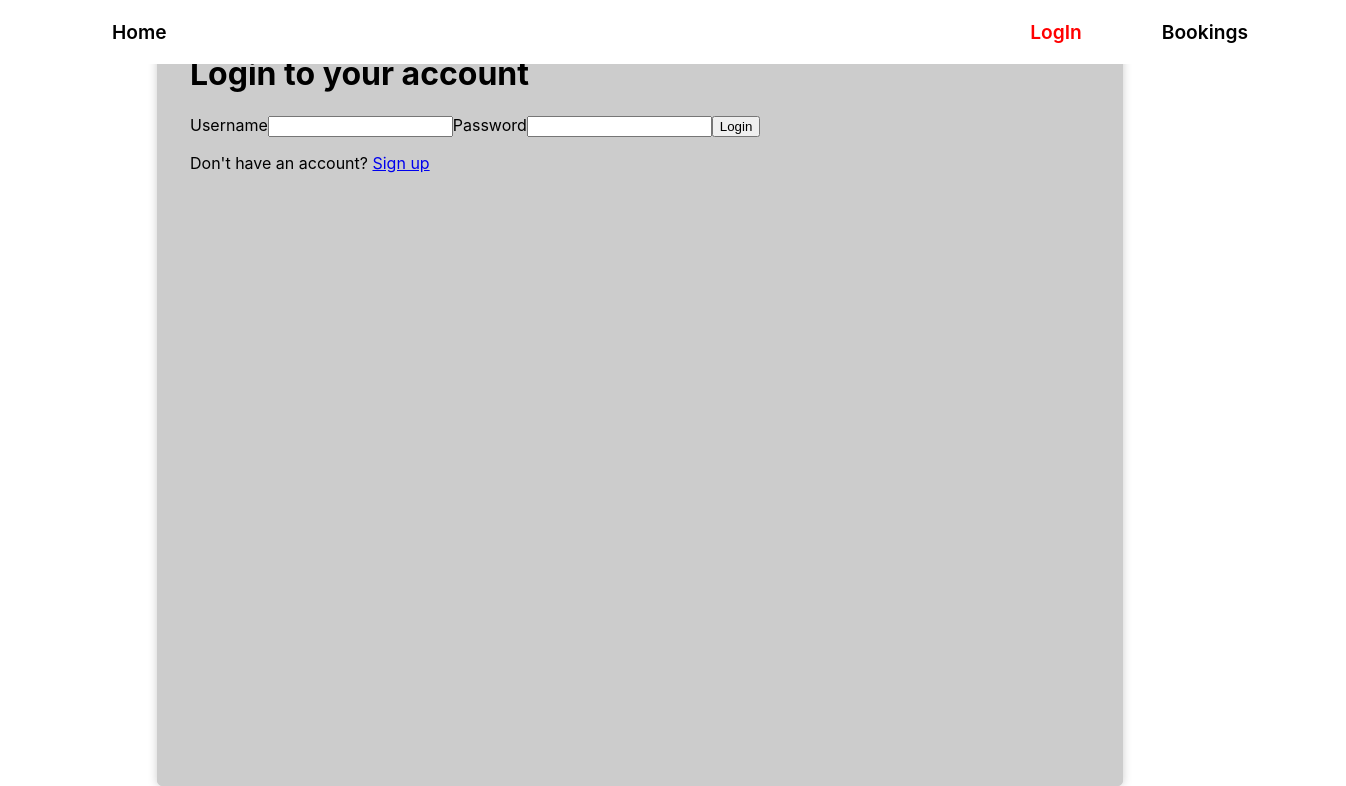
Repository: MikkyPrestige/fake-user-authentication
Page: /login
The author's editor kept a copy of each file at every save. The page is drawn from the files as they stood at one save, then again after the next save.
The browser window is 1280 px wide. The page is 1280 px wide, then 1346 px, so the pictures cover 1346 px, including what lies to the right of the window. The pictures show the whole page.
The project was rebuilt for these pictures with package versions that can differ from the ones it lists, and the page was loaded fresh each time. Also part of the build but not shown: src/assets/styles/home.css, src/components/home.jsx, src/assets/styles/booking.css, src/components/booking.jsx, src/components/fallBack.jsx, src/assets/styles/error.css, src/components/error.jsx, src/profile/signUp.jsx and 2 more.

Above is the page before, as saved 2022-11-24 05:22:48.

### src/index.css
body {
  margin: 0;
  font-family: -apple-system, BlinkMacSystemFont, 'Segoe UI', 'Roboto', 'Oxygen',
    'Ubuntu', 'Cantarell', 'Fira Sans', 'Droid Sans', 'Helvetica Neue',
    sans-serif;
  -webkit-font-smoothing: antialiased;
  -moz-osx-font-smoothing: grayscale;
  /* background-image: url(./assets/img/pattern_blue-1.jpg);
  background-repeat: no-repeat;
  background-size: cover;
  background-position: center;
  background-attachment: fixed; */
}

code {
  font-family: source-code-pro, Menlo, Monaco, Consolas, 'Courier New',
    monospace;
}

### src/App.jsx
import React from "react";
import { ErrorBoundary } from "react-error-boundary";
import { Route, Routes } from "react-router-dom";
import { Home, Navigation, Booking, FallBack, Error } from "./components";
import { Login, User, Logout, SignUp } from "./profile";
import RequireAuth from "./profile/context/require";
import { AuthProvider } from "./profile/context/auth";

function App() {
  return (
    <div className="App">
      <ErrorBoundary FallbackComponent={FallBack}>
        <Navigation />
        <AuthProvider>
        <Routes>
          <Route path="/" element={<Home />} />
          <Route path="/login">
            <Route index element={<Login />} />
          </Route>
          <Route path="/user" element={<RequireAuth><User /></RequireAuth>} />
          <Route path="/logout" element={<Logout />} />
          <Route path="/signUp" element={<SignUp />} />
          <Route path="/booking" element={<Booking />} />
          <Route path="*" element={<Error />} />
        </Routes>
        </AuthProvider>
      </ErrorBoundary>
    </div>
  );
}

export default App;

### src/components/index.js
export { default as Navigation } from "./navigation";
export { default as Home } from "./home";
export { default as Booking } from "./booking";
export { default as FallBack } from "./fallBack";
export { default as Error } from "./error";

### src/profile/index.js
export { default as Login } from "./login";
export { default as Logout } from "./logout";
export { default as SignUp } from "./signUp";
export { default as User } from "./user";

### src/profile/context/auth.jsx
// USER AUTHENTICATION CONTEXT
// This context is used to store the user authentication data and provide it to the rest of the application

import React, { createContext, useState, useContext } from "react";

// Create the context
const AuthContext = createContext({ user: {
  userName: "",
  email: "",
  password: "",
  confirmPassword: ""
} });

// Create the provider
const AuthProvider = ({ children }) => {

  // Create the state
  const [user, setUser] = useState({
    userName: "",
    email: "",
    password: "",
    confirmPassword: ""
  });

  // Login the user
  const login = (userName, password) => {
    setUser({
      userName,
      password
    });
  };

  // Sign up the user
  const signUp = (userName, password, email) => {
    setUser({
      userName,
      password,
      email
    });
  };

  // Logout the user
  const logout = () => {
    setUser({
      userName: "",
      email: "",
      password: "",
      confirmPassword: ""
    });
  };

  // Return the provider
  return (
    <AuthContext.Provider value={{ user, login, signUp, logout }}>
      {children}
    </AuthContext.Provider>
  );
};

// Create the hook
const useAuth = () => useContext(AuthContext);

// Export the provider and the hook
export { AuthProvider, useAuth };

// // Create the provider
// const AuthProvider = ({ children }) => {
//   // Create the state
//   const [user, setUser] = useState(null);

//   // Create the login function
//   const login = (user) => {
//     // Set the user
//     setUser(user);
//   };

//   // Create the logout function
//   const logout = () => {
//     // Set the user
//     setUser(null);
//   };

//   // Create sign up function
//   const signUp = (user) => {
//     // Set the user
//     setUser(user);
//   };

//   // Return the provider
//   return (
//     <AuthContext.Provider value={{ user, login, logout, signUp }}>
//       {children}
//     </AuthContext.Provider>
//   );
// };

// // Context hook
// const useAuth = () => useContext(AuthContext);

// // Export the context and provider
// export { AuthContext, AuthProvider, useAuth };

### src/components/navigation.jsx
// NAVIGATION COMPONENT

import React from "react";
import { NavLink } from "react-router-dom";
import "../assets/styles/navigation.css";

const Navigation = () => {
  return (
    <div className="navigation">
      <nav className="navigation__links">
        <div className="navigation--link">
          <NavLink
            style={({ isActive }) =>
              isActive ? { color: "red" } : { color: "black" }
            }
            to="/"
            className="navigation__link--item"
          >
            Home
          </NavLink>
        </div>
        <div className="navigation__link--wrapper">
          <NavLink
            style={({ isActive }) =>
              isActive ? { color: "red" } : { color: "black" }
            }
            to="/login"
            className="navigation__link--item"
          >
             LogIn
          </NavLink>
          <NavLink
            style={({ isActive }) =>
              isActive ? { color: "red" } : { color: "black" }
            }
            to="/booking"
            className="navigation__link--item"
          >
            Bookings
          </NavLink>
        </div>
      </nav>
    </div>
  );
};

export default Navigation;

### src/profile/login.jsx
// LOGIN COMPONENT - LOGIN PAGE
// This component is the login page for the application. It is a form that allows the user to enter their username and password.

import React, { useState } from "react";
import { useNavigate, useLocation } from "react-router-dom";
import { useAuth } from "./context/auth";
import "../assets/styles/login.css";

const Login = () => {
  const [userName, setUserName] = useState("");
  const [password, setPassword] = useState("");
  const [error, setError] = useState("");
  const auth = useAuth();
  const navigate = useNavigate();
  const location = useLocation();

  // Validate the form
  const validate = () => {
    if (!userName && !password) {
      setError("Please enter a username and password or email.");
      return false;
    } else if (userName === "") {
      setError("Please enter a username.");
      return false;
    } else if (password === "") {
      setError("Please enter a password.");
      return false;
    } else {
      return true;
    }
  };

  // Handle the form login
  const handleLogin = () => {
    if (validate()) {
      auth.login(userName, password);
      navigate(location.state?.from || "/user", { replace: true }); // Redirect the user to the user page after they login successfully.
    }
  };

  // Handle the form submit
  const handleSubmit = (e) => {
    e.preventDefault();
    console.log(userName, password);
    handleLogin();
  };

  // Handle the form change
  const handleChange = (e) => {
    const { name, value } = e.target;
    if (name === "user") {
      setUserName(value);
    } else if (name === "password") {
      setPassword(value);
    }
  };

  return (
    <div className="login">
      <h1 className="login__title">Login to your account</h1>
      <form onSubmit={handleSubmit} className="login__form">
        <label htmlFor="user" className="login__label">
          Username
        </label>
        <input
          type="text"
          name="user"
          value={userName}
          onChange={handleChange}
          className="login__input"
        />
        <label htmlFor="password" className="login__label">
          Password
        </label>
        <input
          type="password"
          name="password"
          value={password}
          onChange={handleChange}
          className="login__input"
        />
        <button type="submit" className="login__btn">
          Login
        </button>
      </form>
      <p className="login__error">{error}</p>
      <p className="login__links">
        Don't have an account?{" "}
        <a href="/signUp" className="login__link--item">
          Sign up
        </a>
      </p>
    </div>
  );
};

export default Login;

### src/profile/logout.jsx
// LOGOUT COMPONENT:
// This component is for the logout page in the app

import { useEffect } from "react";
import { useNavigate } from "react-router-dom";
import { useAuth } from "./context/auth";

const Logout = () => {
  const auth = useAuth();
  const navigate = useNavigate();

  useEffect(() => {
    auth.logout();
    navigate("/");
  });

  return null;
};

export default Logout;

### src/assets/styles/navigation.css
.navigation {
  background-color: #fff;
  height: 4rem;
  position: fixed;
  top: 0;
  width: 100%;
  z-index: 100;
}

.navigation__links {
  display: flex;
  justify-content: space-between;
  align-items: center;
  height: 100%;
  padding: 0 2rem;
}

.navigation__link--item {
  font-size: 1.2rem;
  font-weight: 600;
  text-decoration: none;
}

.navigation--link {
  margin-left: 5rem;
}

.navigation__link--wrapper {
  display: flex;
  align-items: center;
  gap: 5rem;
}

### src/assets/styles/login.css
.login {
    background-color: #ccc;
    border: 1px solid #ccc;
    border-radius: 5px;
    box-shadow: 0 0 10px #ccc;
    margin: 0 auto;
    padding: 2rem;
    width: 100%;
    max-width: 900px;
    height: 100vh;
}

Loaded but not shown: public/index.html (common file); src/index.js (common file)

After the next save:
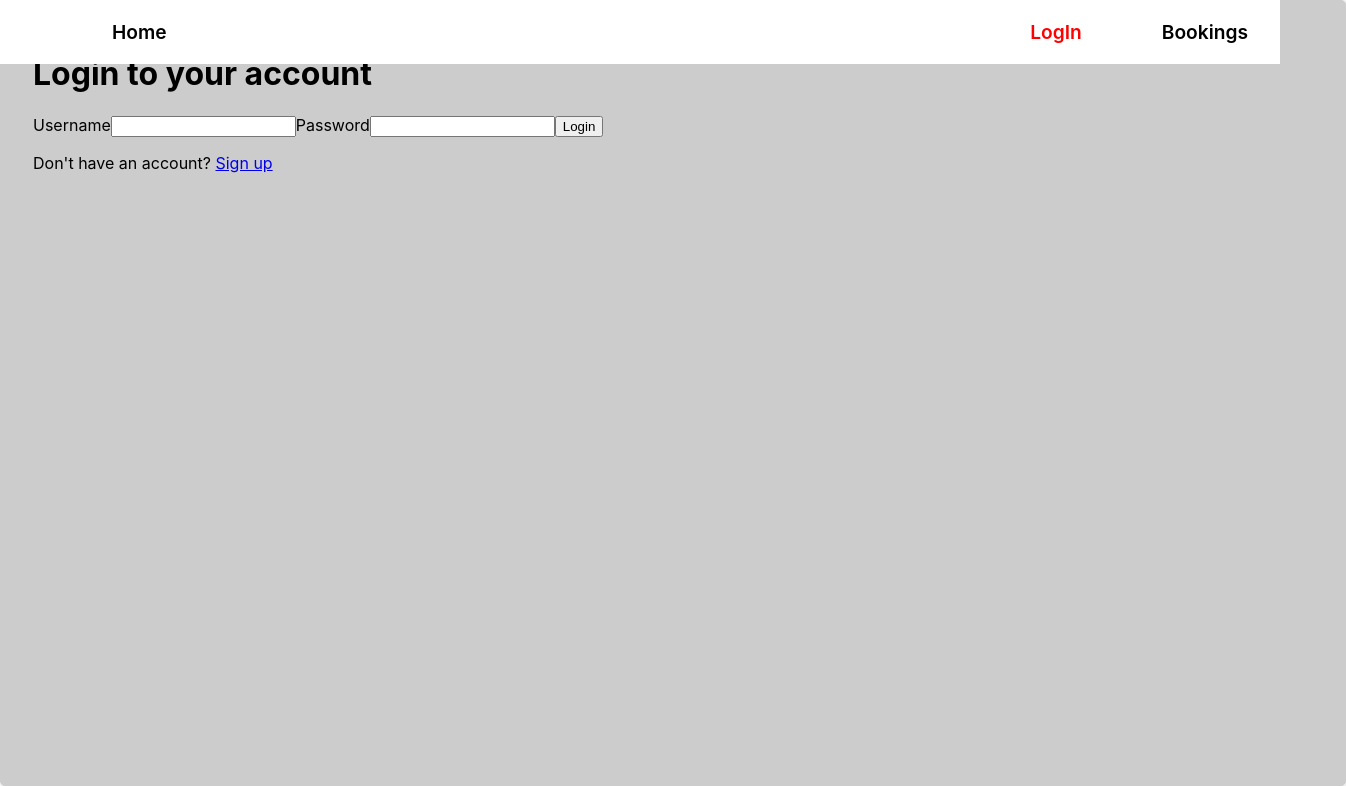
Saved 18 s later.
--- a/src/assets/styles/login.css
+++ b/src/assets/styles/login.css
@@ -6,6 +6,5 @@
     margin: 0 auto;
     padding: 2rem;
     width: 100%;
-    max-width: 900px;
     height: 100vh;
 }
